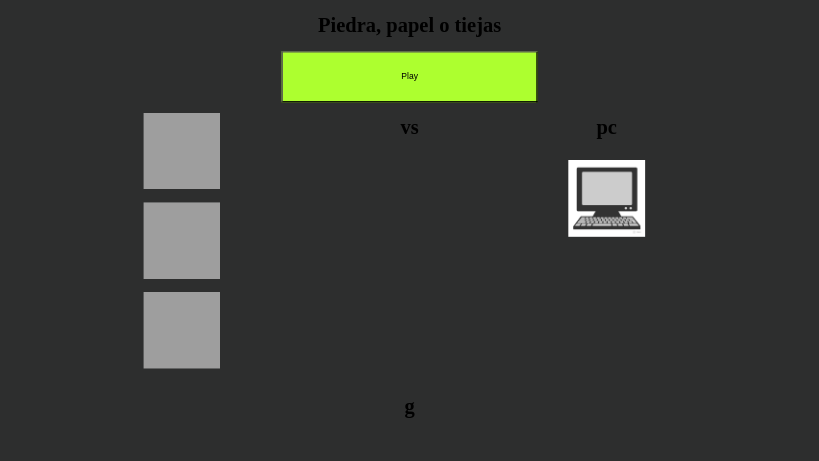
Repository: Kevin8548/FundamentosJS
Page: scissors.html
These files come from the project's save history. The page is drawn as it stood at one moment and after the next save; the edit follows.
The browser window is 1280 px wide. The pictures show the whole page, at 64% of full size.
Pictures or frames that could not be fetched are drawn as grey boxes.

Above is the page before, as saved 2024-09-23 05:53:08.
Console error: SyntaxError: Unexpected token ';'

After the next save:
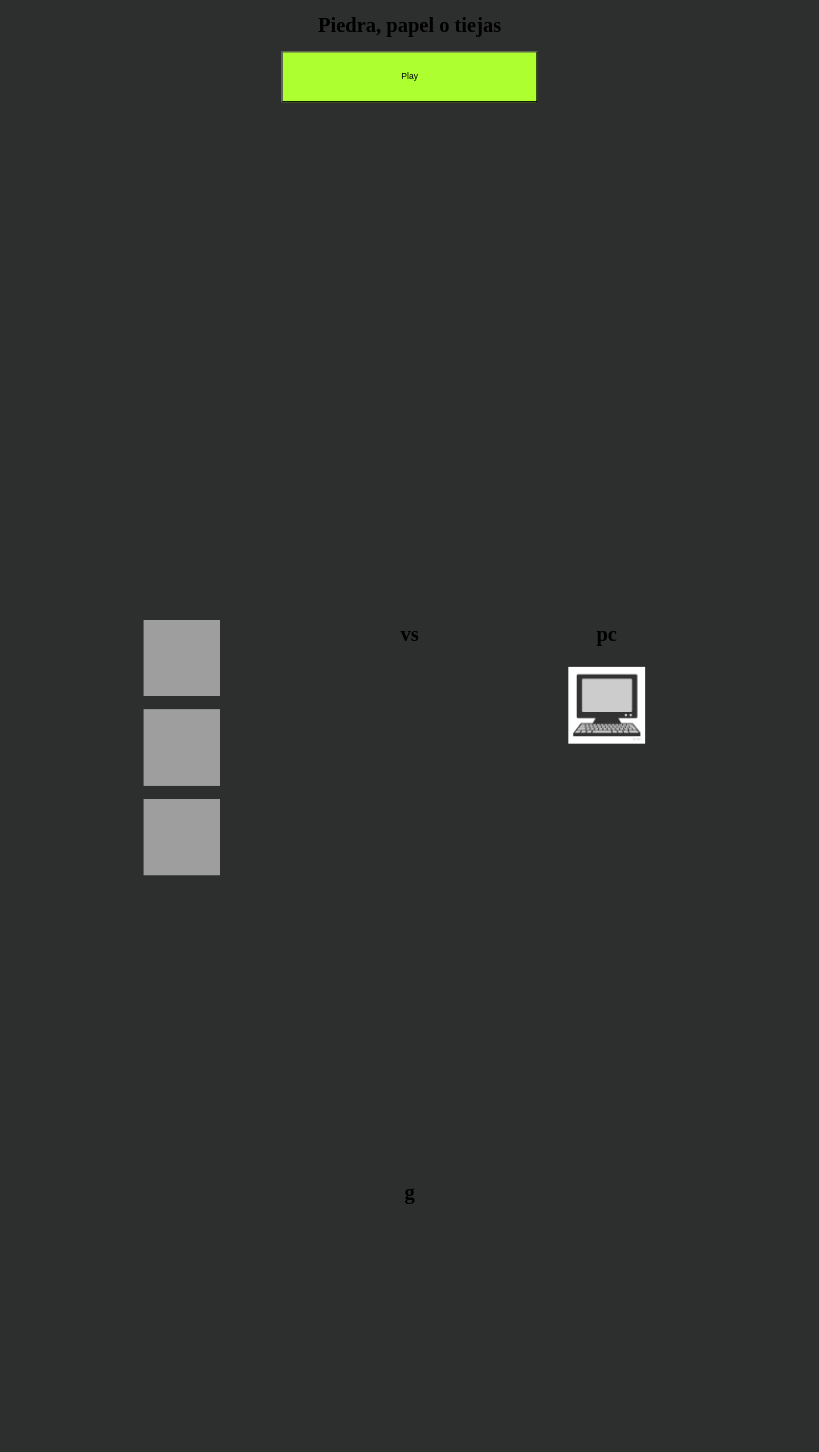
Saved 22 s later.
--- a/style.css
+++ b/style.css
@@ -1,7 +1,7 @@
 .parent {
 display:grid ;
 grid-template-columns: repeat(5, 1fr);
-grid-template-rows: repeat(1.5, 1fr);
+grid-template-rows: repeat(5, 1fr);
 grid-column-gap: 0px;
 grid-row-gap: 0px;
 }

After the save that followed:
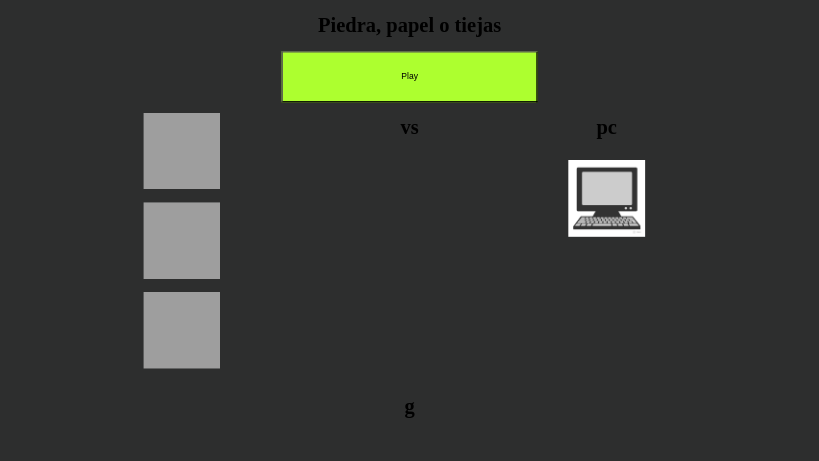
Saved 7 s later.
--- a/style.css
+++ b/style.css
@@ -1,7 +1,7 @@
 .parent {
 display:grid ;
 grid-template-columns: repeat(5, 1fr);
-grid-template-rows: repeat(5, 1fr);
+grid-template-rows: repeat(1.5, 1fr);
 grid-column-gap: 0px;
 grid-row-gap: 0px;
 }
